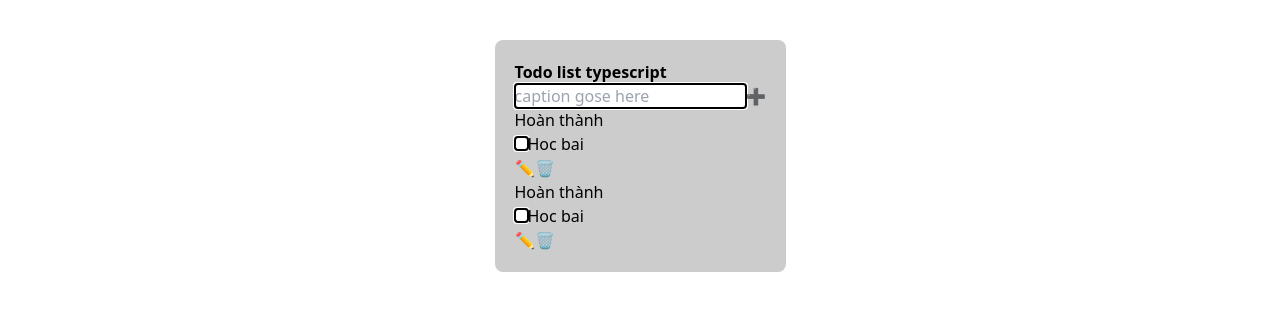
Repository: VIET-TU/react-super-main
Page: / (app in todolist-mybuild/)
An editor plug-in stored every save of this project. The page is shown before and after the next save, followed by the edit.
The browser window is 1280 px wide. The pictures show the whole page.
The project was rebuilt for these pictures with package versions that can differ from the ones it lists, and the page was loaded fresh each time. Also part of the build but not shown: todolist-mybuild/vite.config.ts.

Above is the page before, as saved 2023-05-16 06:47:15.

### todolist-mybuild/src/App.tsx
import TodoList from './components/TodoLists'

function App() {
  return (
    <>
      <TodoList></TodoList>
    </>
  )
}

export default App

### todolist-mybuild/src/index.css
@tailwind base;
@tailwind components;
@tailwind utilities;

input {
  outline: auto;
}

### todolist-mybuild/src/components/TodoLists/index.ts
import TodoList from './TodoList'

export default TodoList

### todolist-mybuild/src/components/TodoLists/TodoList.tsx
import { Todo } from '../../@types/todos.types'
import TaskInput from '../TaskInput'
import TaskList from '../TaskList'
import { useEffect, useState } from 'react'

const TodoList = () => {
  const [todos, setTodos] = useState<Todo[]>([])
  const [currentTodo, setCurrentTodo] = useState<Todo | null>(null)
  const doneTodos = todos.filter((todo) => todo.done)
  const notdoneTodos = todos.filter((todo) => !todo.done)

  useEffect(() => {
    const todosString = localStorage.getItem('todos')
    const todosObj: Todo[] = JSON.parse(todosString || '[]')
    setTodos(todosObj)
  }, [])

  const addTodo = (name: string): void => {
    const todo: Todo = {
      name,
      done: false,
      id: new Date().toISOString()
    }
    setTodos((pre) => [...pre, todo])
    const todosString = localStorage.getItem('todos')
    const todosObj: Todo[] = JSON.parse(todosString || '[]')
    const newTodoObj = [...todosObj, todo]
    localStorage.setItem('todos', JSON.stringify(newTodoObj))
  }

  const handleDoneTodo = (id: string, done: boolean) => {
    setTodos((prev) => {
      return prev.map((todo) => {
        if (todo.id === id) {
          return { ...todo, done }
        }
        return todo
      })
    })
  }

  const startEditTodo = (id: string) => {
    const findedTodo = todos.find((todo) => todo.id === id)
    if (findedTodo) {
      setCurrentTodo(findedTodo)
    }
  }

  const editTodo = (name: string) => {
    setCurrentTodo((prev) => {
      if (prev) {
        return { ...prev, name }
      }
      return prev
    })
  }

  const finishEditTodo = () => {
    setTodos((prev) => {
      return prev.map((todo) => {
        if (todo.id === (currentTodo as Todo).id) {
          return currentTodo as Todo
        }
        return todo
      })
    })
    setCurrentTodo(null)
  }

  const deleteTodo = (id: string) => {
    if (currentTodo) {
      setCurrentTodo(null)
    }

    setTodos((prev) => {
      const findedIndexTodo = prev.findIndex((todo) => todo.id === id)
      if (findedIndexTodo > -1) {
        const result = [...prev]
        result.splice(findedIndexTodo, 1) // delete 1 elem in array
        return result
      }
      return prev
    })
  }

  return (
    <div className='p-[20px] rounded-lg bg-[#ccc] max-w-max mx-auto my-10'>
      <TaskInput
        editTodo={editTodo}
        addTodo={addTodo}
        currentTodo={currentTodo}
        finishEditTodo={finishEditTodo}
      ></TaskInput>
      <TaskList
        handleDoneTodo={handleDoneTodo}
        todos={notdoneTodos}
        doneTaskList={false}
        startEditTodo={startEditTodo}
        deleteTodo={deleteTodo}
      />
      <TaskList
        handleDoneTodo={handleDoneTodo}
        todos={doneTodos}
        doneTaskList={true}
        startEditTodo={startEditTodo}
        deleteTodo={deleteTodo}
      />
    </div>
  )
}

export default TodoList

### todolist-mybuild/src/components/TaskInput/index.ts
import TaskInput from './TaskInput'

export default TaskInput

### todolist-mybuild/src/components/TaskInput/TaskInput.tsx
import React from 'react'

const TaskInput = () => {
  return (
    <div>
      <h1 className='font-bold'>Todo list typescript</h1>
      <form placeholder='enter your text'>
        <input type='text' placeholder='caption gose here' />
        <button type='submit'>➕</button>
      </form>
    </div>
  )
}

export default TaskInput

### todolist-mybuild/src/components/TaskList/TaskList.tsx
import React from 'react'

const TaskList = () => {
  return (
    <div>
      <h2>Hoàn thành</h2>
      <div className='tasks '>
        <div className='task'>
          <input type='checkbox' name='' id=' ' />
          <span>Hoc bai</span>
          <div className=''>
            <button>✏️</button>
            <button>🗑️</button>
          </div>
        </div>
      </div>
    </div>
  )
}

export default TaskList

Loaded but not shown: todolist-mybuild/index.html (common file); todolist-mybuild/src/main.tsx (common file); todolist-mybuild/src/components/TaskList/index.ts (common file); todolist-mybuild/tailwind.config.js (common file)

After the next save:
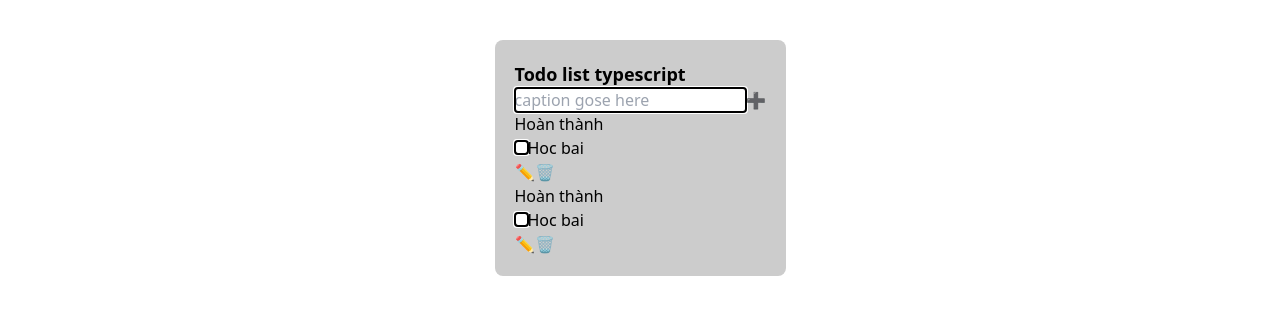
Saved 14 s later.
--- a/todolist-mybuild/src/components/TaskInput/TaskInput.tsx
+++ b/todolist-mybuild/src/components/TaskInput/TaskInput.tsx
@@ -3,7 +3,7 @@ import React from 'react'
 const TaskInput = () => {
   return (
     <div>
-      <h1 className='font-bold'>Todo list typescript</h1>
+      <h1 className='text-lg font-bold'>Todo list typescript</h1>
       <form placeholder='enter your text'>
         <input type='text' placeholder='caption gose here' />
         <button type='submit'>➕</button>
